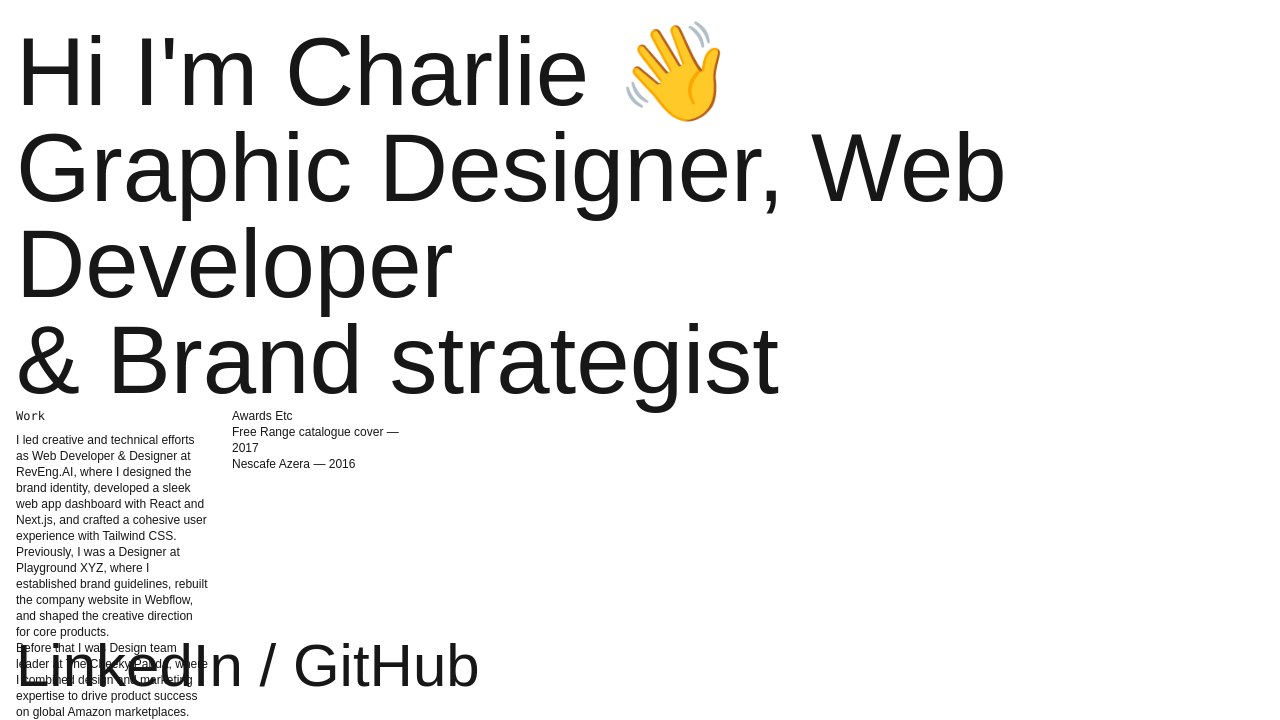
Repository: charlehs/portfolio
Page: /
The author's editor kept a copy of each file at every save. The page is drawn from the files as they stood at one save, then again after the next save.
The browser window is 1280 px wide. The pictures show the whole page.
The project was rebuilt for these pictures with package versions that can differ from the ones it lists, and the page was loaded fresh each time. The framework's server and built-in components were replaced by stand-ins that run in the browser. Also part of the build but not shown: next.config.ts.

Above is the page before, as saved 2025-01-02 18:55:20.

After the next save:
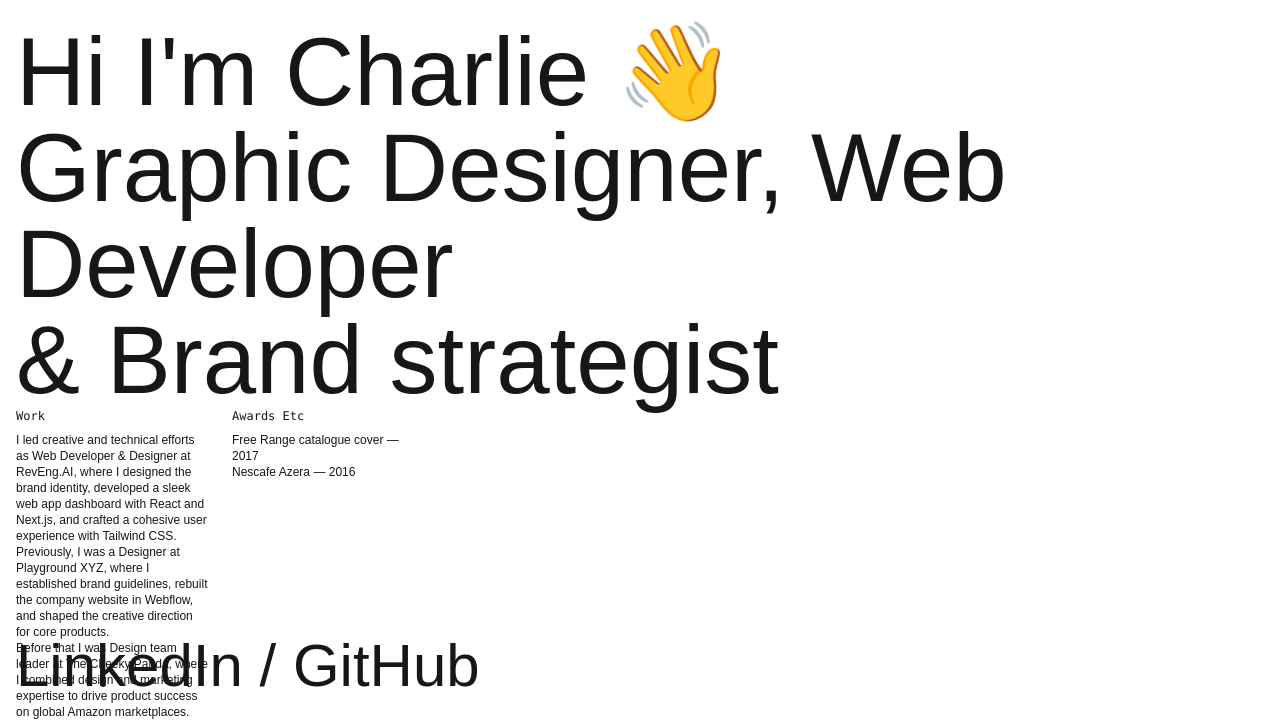
Saved 11 s later.
--- a/app/page.tsx
+++ b/app/page.tsx
@@ -37,7 +37,7 @@ export default function Home() {
           </div>
 
           <div>
-            <h3>Awards Etc </h3>
+            <h3 className="font-mono pb-2">Awards Etc </h3>
             <a
               href={
                 "https://trumanbrewery.com/files/rooms/3526/OTB_NEWS_1706_2.html"
